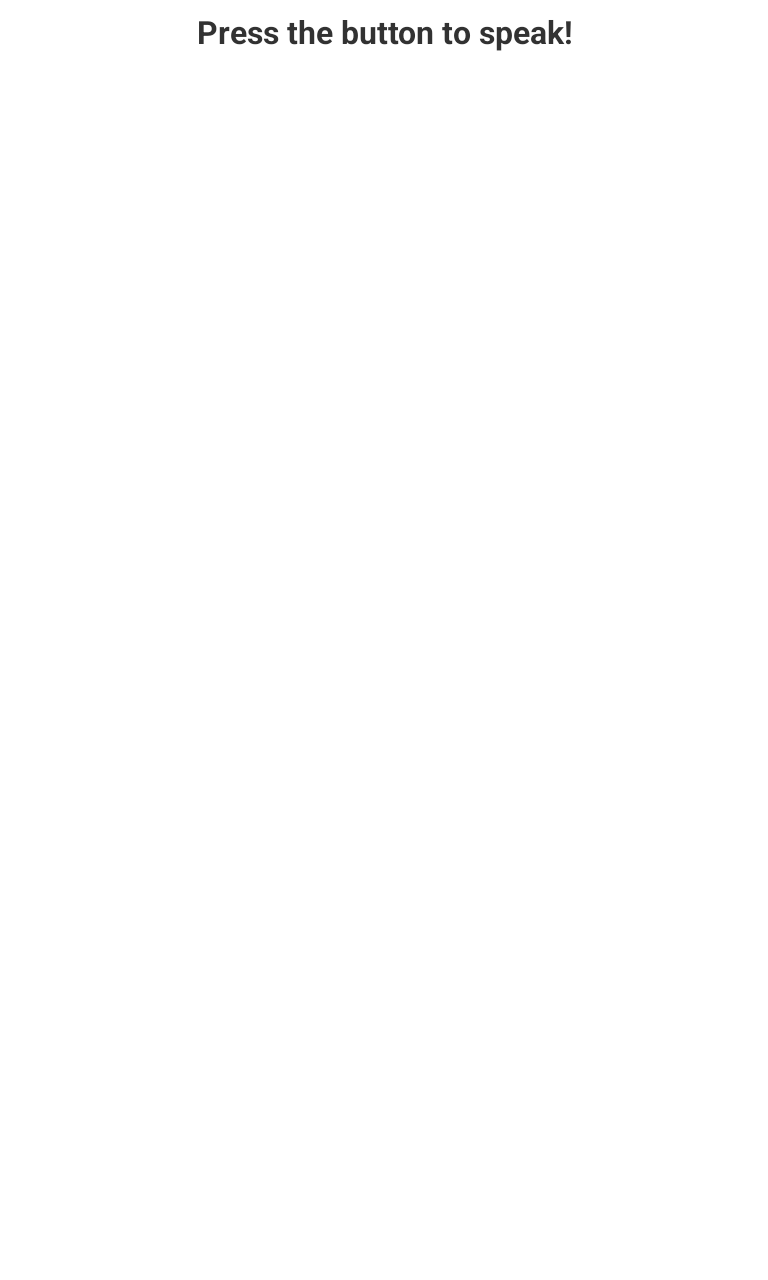
Repository: jitendraharlalka/flightsearch
Layout: app/FlightSearch/res/layout/activity_main.xml
An editor plug-in stored every save of this project. The layout is shown before and after the next save, followed by the edit.
It is drawn on a 768 x 1280 px phone screen (xhdpi) without system bars, with theme AppTheme; the app's code is not run.

Above is the layout before, as saved 2013-11-06 23:02:44.

After the next save:
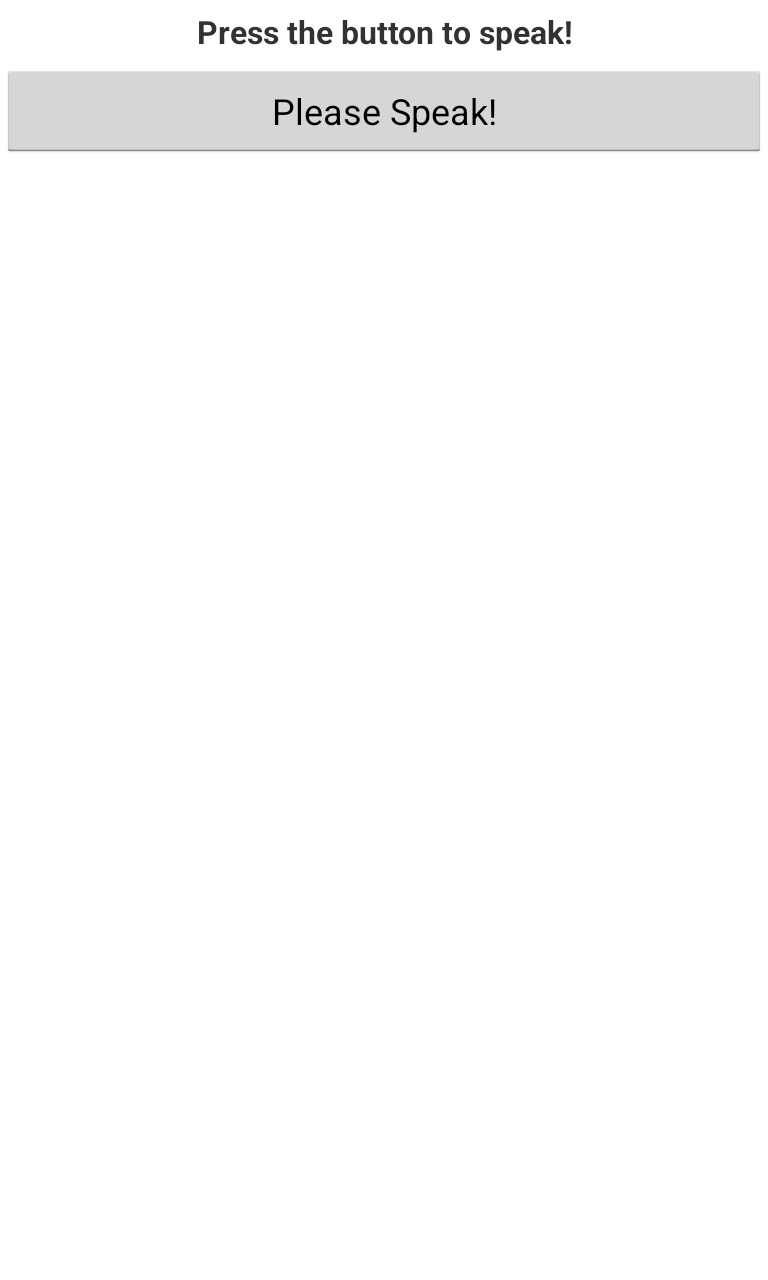
Saved 99 s later.
--- a/app/FlightSearch/res/layout/activity_main.xml
+++ b/app/FlightSearch/res/layout/activity_main.xml
@@ -15,4 +15,10 @@
 		android:gravity="center"
 	/>
 
+    <Button android:id="@+id/speechButton"
+        android:layout_width="match_parent"
+        android:layout_height="wrap_content"
+        android:text="@string/speech"
+     />
+
 </LinearLayout>
